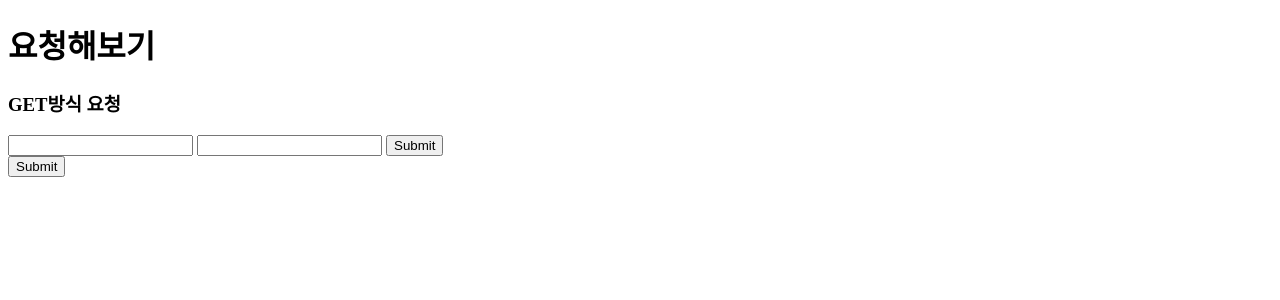
Repository: kvmhyvmvn/Study_JspServlet
Page: http://localhost/04.Implicit/Ex01_Request/Ex02_Request.jsp
The author's editor kept a copy of each file at every save. The page is drawn from the files as they stood at one save, then again after the next save.
The browser window is 1280 px wide. The pictures show the whole page.
The page is served by Tomcat 9. Other server files are loaded and not shown.

Above is the page before, as saved 2023-05-22 02:26:12.

### WorkSpace/04.Implicit/src/main/webapp/Ex01_Request/Ex02_Request.jsp
<%@ page language="java" contentType="text/html; charset=UTF-8"
    pageEncoding="UTF-8"%>
<!DOCTYPE html>
<html>
<head>
<meta charset="UTF-8">
<title>Insert title here</title>
</head>
<body>
	<h1> 요청해보기 </h1>
	<!--
		특정한 Servlet 파일(Mapping => "/요청주소")에 어떠한 정보를 주고 다음 작업을 요청한다. (Client)
		ex) 네이버에 아이디 비밀번호를 입력하고 로그인 버튼을 누른다. => 로그인 후 작업을 요청한다.
		webapp(View) : 눈에 보이는 영역의 작업 (Html, Jsp, xmlLayout...)
		Java (Controller) : 눈에 안보이지만 View에서 들어온 요청을 처리하는 부분.
		                ( Java, C++, C#, Python, Servlet ... 등의 백엔드 언어 )
		request(Model) : View와 Controller 사이에서 데이터를 전송하는 목적으로 사용하는 객체 ( 사용하는 로직 )
		MVC 패턴 - Web에서 가장 흔히 그리고 널리 사용되는 디자인 패턴 ( C->V->C->M->V->C->...)
	 -->
	 <!--  GET 방식으로 Servlet 요청해보기, POST 방식으로 Servlet에 요청해보기
		요청받을 맵핑 => Ex01_Request <=
		//localhost/imp/Ex01_Request => Servlet 파일이 동작
	  -->

	  <h3>GET방식 요청</h3>
	  <form action="../Ex01_Request" method="get">
	  	<input type = "text" name = "id">
	  	<input type = "text" name = "pw">
	  	<input type = "submit">
	  </form>
	  <form action="../Ex01_Request" method ="post">
	  	<input type = "submit">
	  </form>

</body>
</html>

After the next save:
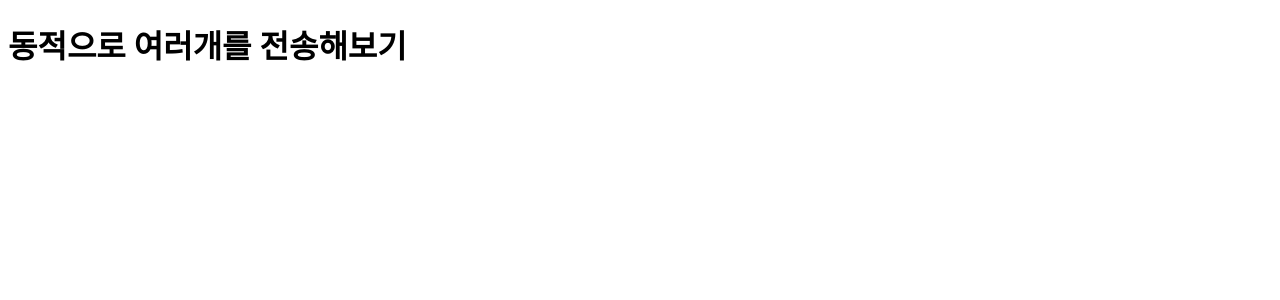
Saved 96 s later.
--- a/WorkSpace/04.Implicit/src/main/webapp/Ex01_Request/Ex02_Request.jsp
+++ b/WorkSpace/04.Implicit/src/main/webapp/Ex01_Request/Ex02_Request.jsp
@@ -7,30 +7,8 @@
 <title>Insert title here</title>
 </head>
 <body>
-	<h1> 요청해보기 </h1>
-	<!--
-		특정한 Servlet 파일(Mapping => "/요청주소")에 어떠한 정보를 주고 다음 작업을 요청한다. (Client)
-		ex) 네이버에 아이디 비밀번호를 입력하고 로그인 버튼을 누른다. => 로그인 후 작업을 요청한다.
-		webapp(View) : 눈에 보이는 영역의 작업 (Html, Jsp, xmlLayout...)
-		Java (Controller) : 눈에 안보이지만 View에서 들어온 요청을 처리하는 부분.
-		                ( Java, C++, C#, Python, Servlet ... 등의 백엔드 언어 )
-		request(Model) : View와 Controller 사이에서 데이터를 전송하는 목적으로 사용하는 객체 ( 사용하는 로직 )
-		MVC 패턴 - Web에서 가장 흔히 그리고 널리 사용되는 디자인 패턴 ( C->V->C->M->V->C->...)
-	 -->
-	 <!--  GET 방식으로 Servlet 요청해보기, POST 방식으로 Servlet에 요청해보기
-		요청받을 맵핑 => Ex01_Request <=
-		//localhost/imp/Ex01_Request => Servlet 파일이 동작
-	  -->
-
-	  <h3>GET방식 요청</h3>
-	  <form action="../Ex01_Request" method="get">
-	  	<input type = "text" name = "id">
-	  	<input type = "text" name = "pw">
-	  	<input type = "submit">
-	  </form>
-	  <form action="../Ex01_Request" method ="post">
-	  	<input type = "submit">
-	  </form>
-
+	<h1> 동적으로 여러개를 전송해보기 </h1>
+	<!-- 파라메터를 30개 보낼 수 있는 구조 만들기
+		요청할 서블릿 Ex02_Request -->
 </body>
 </html>
